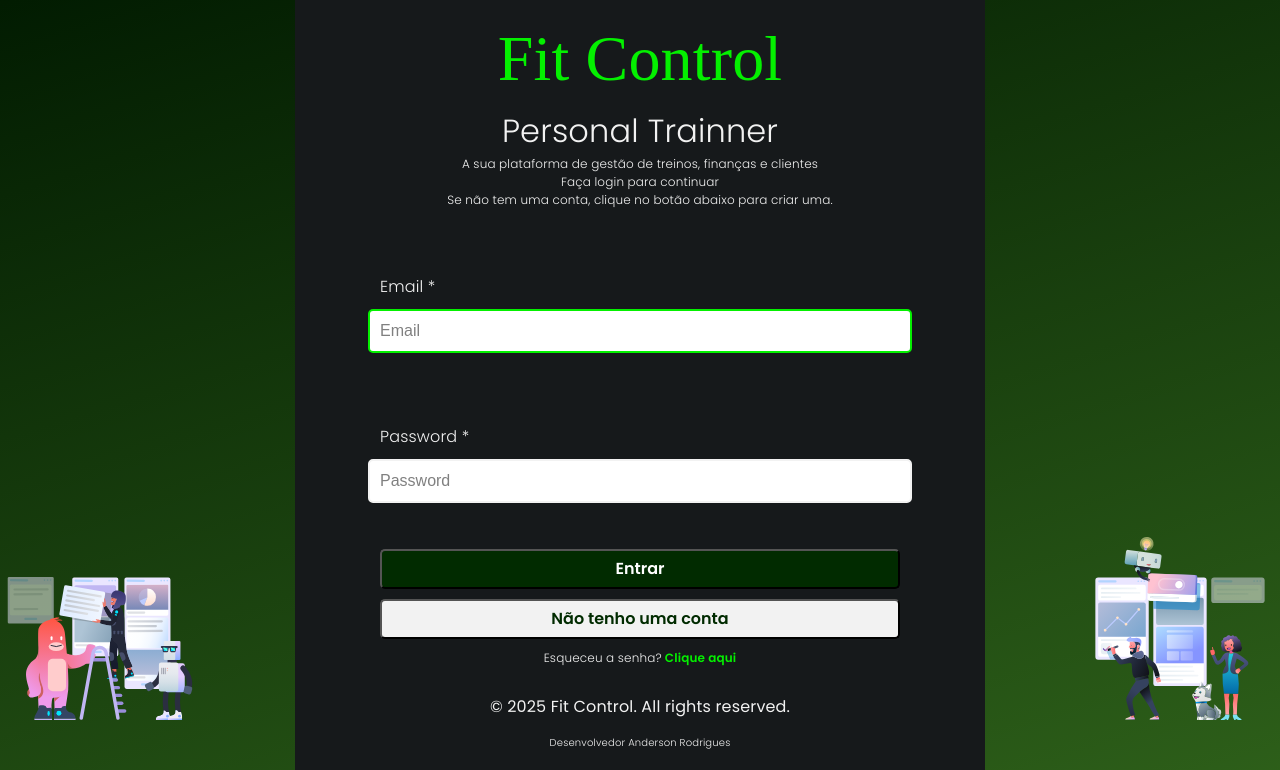
Repository: fit-control/frontend-fit-control
Page: /
These files come from the project's save history. The page is drawn as it stood at one moment and after the next save; the edit follows.
The browser window is 1280 px wide. The pictures show the whole page.
The page's requests for data from a server got no answer. Some web fonts or font styles are not loaded; a fallback is used. The project was rebuilt for these pictures with package versions that can differ from the ones it lists, and the page was loaded fresh each time. No one was signed in, and anything a server would have sent is missing. Also part of the build but not shown: next.config.js, vite.config.ts, src/components/containerCenterCadastro.tsx, src/pages/About.tsx, src/pages/NotFound.tsx, src/components/AuthRoutes.tsx, src/pages/PaginaTeste.tsx.

Above is the page before, as saved 2025-03-23 20:02:12.

### src/main.tsx
import { StrictMode } from 'react'
import { createRoot } from 'react-dom/client'
import './App.css'
import App from './App.tsx'
import { AuthProvider } from './context/auth.tsx'

createRoot(document.getElementById('root')!).render(
  <StrictMode>
    <AuthProvider>
      <App />
    </AuthProvider>
  </StrictMode>,
)

### src/App.css
@import url('https://fonts.googleapis.com/css2?family=Alike+Angular&family=Platypi:ital,wght@0,300..800;1,300..800&family=Poppins:ital,wght@0,100;0,200;0,300;0,400;0,500;0,600;0,700;0,800;0,900;1,100;1,200;1,300;1,400;1,500;1,600;1,700;1,800;1,900&display=swap');
@import url('https://fonts.googleapis.com/css2?family=Aguafina+Script&family=Alike+Angular&family=Platypi:ital,wght@0,300..800;1,300..800&family=Poppins:ital,wght@0,100;0,200;0,300;0,400;0,500;0,600;0,700;0,800;0,900;1,100;1,200;1,300;1,400;1,500;1,600;1,700;1,800;1,900&display=swap');
/* @tailwind base;
@tailwind components;
@tailwind utilities; */

/* :root {
  --background: #ffffff;
  --foreground: #171717;
}

@media (prefers-color-scheme: light) {
  :root {
    --background: #0a0a0a;
    --foreground: #ededed;
  }
} */

body {
  padding: 0;
  margin: 0;
  font-family: Poppins, sans-serif;
  font-size: 16px;
  line-height: 1.5;
  font-weight: 400;
  width: 100vw;
  height: 100vh;
  letter-spacing: 0.01em;
  display: flex;
  justify-content: center;
  align-items: center;

  .iconPageLeft {
    position: absolute;
    left: 0;
    bottom: 0;
    max-width: 400px;
    max-height: 400px;

    @media (max-width: 1480px) {
      max-width: 300px;
      max-height: 300px;
    }
    @media (max-width: 1280px) {
      max-width: 200px;
      max-height: 200px;
    }
    @media (max-width: 930px) {
      display: none;
    }
  }
  .iconPageRight {
    position: absolute;
    right: 0;
    bottom: 0;
    max-width: 400px;
    max-height: 400px;

    @media (max-width: 1480px) {
      max-width: 300px;
      max-height: 300px;
    }

    @media (max-width: 1280px) {
      max-width: 200px;
      max-height: 200px;
    }
    @media (max-width: 930px) {
      display: none;
    }
  }

  .containerLogin {
    width: 650px;
    min-height: calc(100vh - 40px);
    display: flex;
    flex-direction: column;
    justify-content: space-between;
    padding: 20px;
    align-items: center;
    background-color: #16191B;

    @media (max-width: 930px) {
      width: calc(100vw - 40px);
      overflow: hidden;
    }
    .divTitle {
      margin-top: 40px;
      display: flex;
      flex-direction: column;
      align-items: center;
      justify-content: center;
      margin-bottom: 30px;

      h1 {
        margin: 0;
        color: #04F000;
        font-family: 'Aguafina Script', cursive;
        font-size: 4rem;
        font-weight: 400;
      }
      h3 {
        margin: 0;
        color: #F2F2F2;
        font-family: 'Poppins', sans-serif;
        font-size: 2rem;
        font-weight: 300;
      }
      p {
        color: #F2F2F2;
        font-size: 12px;
        font-weight: 300;
        margin: 0;
        text-align: center;
        display: flex;
      }
    }
    p {
      text-align: center;
      display: flex;
      color: #F2F2F2;
    }
    footer {
      display: flex;
      flex-direction: column;
      align-items: center;
      justify-content: center;

      .assignDeveloper {
        margin: 0%;
        color: #F2F2F2;
        font-size: 10px;
        font-weight: 300;
      }
    }

    .centerCard {
      display: flex;
      flex-direction: column;
      align-items: center;
      justify-content: center;
      /* gap: 40px; */
      width: -webkit-fill-available;


      div {
        width: 100%;
        display: flex;
        flex-direction: column;
        align-items: center;
        gap: 10px;
        height: 150px;
        justify-content: center;
      }
      select {
        width: 84%;
        border-radius: 5px;
        height: 40px;
        margin: 10px;
      }
      input {
        width: 80%;
        height: 40px;
        border: 2px solid #F2F2F2;
        border-radius: 5px;
        padding: 0 10px;
        /* background-color: #16191B; */
        color: #16191B;
        font-size: 16px;
        font-weight: 300;
        outline: none;
        transition: all 0.3s ease;
        &::placeholder {
          color: gray;
          font-size: 16px;
          font-weight: 400;
        }
        &:focus {
          border-color: #04F000;
        }
      }
      .input-error {
        border: 2px solid red !important;
      }
      .input-text-error {
        margin: 0;
        height: 0px;
        color: red !important;
        font-weight: 300 !important;
      }
      label {
        color: #F2F2F2;
        font-size: 16px;
        font-weight: 300;
        display: flex;
        justify-content: flex-start;
        width: 80%;
      }
      button {
        width: 80%;
        height: 40px;
        border-radius: 5px;
        padding: 0 10px;
        font-family: 'Poppins', sans-serif;
        font-size: 16px;
        font-weight: 600;
        outline: none;
        transition: all 0.3s ease;
      }
      .button1{
        background-color: #012B00 !important;
        color: #FFFFFF !important;
      }
      .button1:hover{
        border: 2px solid #04F000;
        transition: all 0.4s ease-in-out;
      }
      .registerButton {
        background-color: #F2F2F2;
        color: #012B00;
        font-family: 'Poppins', sans-serif;
        font-size: 16px;
        font-weight: 600;
        outline: none;
        transition: all 0.3s ease;
        margin-top: 10px;

      }
      .registerButton:hover {
        background-color: #012B00;
        text-decoration: underline;
        color: #F2F2F2;
        border: 2px solid #04F000;
        cursor: pointer;
        transition: all 0.4s ease-in-out;
      }
      .registerLink {
        color: #04F000;
        font-weight: 600;
      }
      .tagRegister {
        margin-top: 10px;
        font-size: 12px;
        font-weight: 300;
        gap: 3px;
        cursor: pointer;
      }
      .registerLink {
        color: #04F000;
        font-weight: 600;
        text-decoration: none;
      }
      .registerLink:hover {
        text-decoration: underline;
      }
    }
  }
}

### src/App.tsx
import './App.css'
import Home from './pages/Home'
import About from './pages/About';
import NotFound from './pages/NotFound';
import { BrowserRouter as Router, Route, Routes } from "react-router-dom";
import AuthRoutes from './components/AuthRoutes';
import PaginaTeste from './pages/PaginaTeste';

function App() {

  return (
    <Router>
      <div>
      <Routes>
        <Route index element={<Home />} />
        <Route path="/cadastro" element={<Home />}/>
          <Route element={<AuthRoutes />}>
            <Route path="/pagina-teste" element={<PaginaTeste />}/>
          </Route>
          <Route path="/about" element={<About />} />
        <Route path="*" element={<NotFound />} />
      </Routes>
      </div>
    </Router>
  );
}

export default App

### src/context/auth.tsx
import React, { createContext, useContext, useState, useEffect, useCallback } from "react";
import axios from "axios";
import api from "../api/api";

interface User {
  id: string;
  email: string;
  password: string;
  name: string;
  role: string;
}

interface AuthContextType {
  user: User | null;
  login: (email: string, password: string) => Promise<User>;
  logout: () => void;
  isAuthenticated: boolean;
}

// Criação do contexto
const AuthContext = createContext<AuthContextType>({
  user: {
    id: '',
    email: '',
    password: '',
    name: '',
    role: ''
  },
  login: async () => ({
    id: '',
    email: '',
    password: '',
    name: '',
    role: ''
  }),
  logout: () => {},
  isAuthenticated: false
});

// Provider do contexto de autenticação
export const AuthProvider = ({ children }: { children: React.ReactNode }) => {
  const [user, setUser] = useState<User | null>(null);
  const [isAuthenticated, setIsAutenticatad] = useState<boolean>(false);

  const logout = () => {
    setIsAutenticatad(false);
    setUser(null);
    localStorage.removeItem("token");
    delete axios.defaults.headers.common["Authorization"];
  };

  const fetchUserData = useCallback(async (authToken: string) => {
    try {
      const response = await axios.get("/auth/me", {
        headers: { Authorization: `Bearer ${authToken}` },
      });
      setUser(response.data);
    } catch (error) {
      console.error("Erro ao buscar dados do usuário:", error);
      logout();
    }
  }, []);

  useEffect(() => {
    // Verifica se há um token salvo no localStorage ao carregar a aplicação
    const storedToken = localStorage.getItem("token");
    if (storedToken) {
      setIsAutenticatad(true);
      axios.defaults.headers.common["Authorization"] = `Bearer ${storedToken}`;
      fetchUserData(storedToken); // Busca os dados do usuário autenticado
    }
  }, [fetchUserData]);

  const login = async (email: string, password: string): Promise<User> => {
    console.log("Iniciando login com:", email, password);

    try {
      const response = await api.post("/api/login", { email, password });
      console.log("Resposta da API:", response.data);

      const { token } = response.data;

      if(token)setIsAutenticatad(true);
      localStorage.setItem("token", token);
      axios.defaults.headers.common["Authorization"] = `Bearer ${token}`;

      const fakeUser: User = {
        id: "123",
        email,
        password,
        name: "Usuário Fake",
        role: "Admin",
      };

      setUser(fakeUser);
      console.log("Usuário autenticado:", fakeUser);
      console.log(isAuthenticated)

      return fakeUser;
    } catch (error) {
      console.warn("Erro no login:", error);
      throw error; // Re-lança o erro para ser tratado pelo componente
    }
  };



  return (
    <AuthContext.Provider value={{ user, isAuthenticated, login, logout }}>
         {children}
    </AuthContext.Provider>
  );
};

// Hook para consumir o contexto
export const useAuth = () => useContext(AuthContext);

### src/pages/Home.tsx
import ContainerCenterCadastro from "../components/containerCenterCadastro";
import ContainerCenterLogin from "../components/containerCenterLogin";
import { useLocation } from "react-router-dom";

function Home() {
  const location = useLocation();
  return (
    <div className="items-center justify-items-center min=w-screen flex fundo_login" style={{
      width: '100vw',
      background: 'linear-gradient(343deg, rgba(22, 77, 0, 0.9), rgba(0, 25, 0, 10.9))'
    }}>
       {location.pathname === "/cadastro" ? <ContainerCenterCadastro /> : <ContainerCenterLogin />}
    </div>
  );
}
export default Home;

### src/api/api.ts
import axios from "axios";

const baseURL = import.meta.env.VITE_BASE_URL; // Use import.meta.env
const api = axios.create({
  baseURL: baseURL, // URL base da API
  timeout: 5000, // Tempo limite para requisições
  headers: { "Content-Type": "application/json" }, // Cabeçalhos padrão
});

// Interceptor para adicionar o token de autenticação nas requisições
api.interceptors.request.use(
    (config) => {
      // Recuperar o token do localStorage (ou outra fonte)
      const token = localStorage.getItem("token");

      if (token) {
        // Adicionar o token no cabeçalho da requisição
        config.headers.Authorization = `Bearer ${token}`;
      }

      // Retornar a configuração modificada
      return config;
    },
    (error) => {
      // Tratar erros na configuração da requisição
      console.error("Erro ao configurar a requisição:", error);
      return Promise.reject(error);
    }
  );

  // Interceptor para tratar respostas da API
  api.interceptors.response.use(
    (response) => {
      // Aqui você pode processar a resposta antes de retornar os dados
      console.log("Resposta bem-sucedida:", response);
      return response;
    },
    (error) => {
      // Tratar erros de resposta (ex.: erro 401 ou 500)
      if (error.response) {
        console.error("Erro na resposta da API:", error.response.data);

        // Exemplo: Redirecionar para login em caso de erro 401 (não autorizado)
        if (error.response.status === 401) {
          console.log("Token expirado. Redirecionando para login...");
          window.location.href = "/";
        }
      } else {
        console.error("Erro na requisição:", error.message);
      }

      return Promise.reject(error);
    }
  );

export default api;

### src/components/containerCenterLogin.tsx
// import { useAuth } from "../context/auth";
import { useState } from "react";
import { useNavigate } from "react-router-dom";
import { ToastContainer, } from "react-toastify";
import "react-toastify/dist/ReactToastify.css";
import { useForm } from 'react-hook-form'

type TFormData = {
  email: string
  password: string
}
const ContainerCenterLogin = () => {
  // const { login } = useAuth();
  const navigate = useNavigate();
  // const [email, setEmail] = useState('');
  // const [password, setPassword] = useState('');
  const [loading, ] = useState(false);

  // const handleLogin = async () => {
  //   setLoading(true);
  //   console.log("CLICOU"); // Certifique-se de que o botão foi clicado
  //   try {
  //     console.log("BUSCANDO...");
  //     console.log("Email:", email, "Password:", password); // Log dos dados enviados
  //     const data = await login(email, password); // Chamada do login
  //     toast.success(`Bem vindo ${data.name}!!`)
  //     setTimeout(() => {
  //       navigate('/pagina-teste')
  //     }, 3000)
  //     console.log("Data retornada do login:", data); // Log dos dados retornados
  //   // eslint-disable-next-line @typescript-eslint/no-unused-vars
  //   } catch (error) {
  //     toast.error("Erro ao fazer login. Verifique suas credenciais.")
  //   }finally{
  //     setLoading(false);
  //   }
  // };

  const [errorMessage, ] = useState<string | undefined>(
    undefined,
  )

  const {
    handleSubmit,
    register,
    reset,
    formState: { errors}
  } = useForm<TFormData>({
    mode: 'onSubmit',
  })
  console.log("errors: ", errors)

  // useEffect(() => {
  //   const savedCredentials = getDadosProfileLocalStorage()
  //   if (savedCredentials) {
  //     try {
  //       const { user, password } = savedCredentials
  //       setValue('user', user)
  //       setValue('password', password)
  //     } catch (error) {
  //       console.error('Failed to parse saved credentials:', error)
  //     }
  //   }
  // }, [setValue])

  const handleFormSubmit = async ({ email, password }: TFormData) => {
    console.log("Submit do formulário", email, password)
    // setLoading(true);
    // // const credentials = { user, password }
    // // setDadosProfileLocalStorage(credentials)

    // try {
    //   const response = await login(email, password)
    //   if (response) {
    //     toast.success(`Seja bem vindo ${response.name}! login realizado com sucesso.`)
    //     setTimeout(() => {navigate('/pagina-teste')}, 1000)
    //   }
    // } catch (error) {
    //   // setFocus('email')
    //   // setFocus('password')
    //   toast.error('Email ou senha inválidos. Tente novamente.')
    //   if (error instanceof Error) setErrorMessage(error.message)
    //     setTimeout(() => {
    //       setErrorMessage(() => '')
    //     }, 2000)
    // }finally{
    //   setLoading(false);
    // }
  }
  return (
    <form style={{
      width: '100vw',
      justifyContent: "center",
      display: "flex",
    }} onSubmit={handleSubmit((data) => handleFormSubmit(data), (errors) => console.log("ERROR: ", errors))}>
      <img src="/trello-right.e6e102c7 (1).svg" alt="iconPageLeft" className="iconPageLeft" />
        <main className="containerLogin">
        <div className="divTitle">
          <h1 className="title">Fit Control</h1>
          <h3 className="subtitle">Personal Trainner</h3>
          <p className="description">A sua plataforma de gestão de treinos, finanças e clientes</p>
          <p className="description">Faça login para continuar</p>
          <p className="description">Se não tem uma conta, clique no botão abaixo para criar uma.</p>

        </div>
        <div className="centerCard">
          <div >
            <label htmlFor="email" style={{ color: errorMessage ? "red" : ""}}>Email *</label>
            <input
              type="text"
              placeholder="Email"
              {...register('email', {
                required: true,
                pattern: {
                  value: /^[a-zA-Z0-9._%+-]+@[a-zA-Z0-9.-]+\.[a-zA-Z]{2,}$/,
                  message: 'Email inválido',

                }
              })}
              autoFocus
              className={errors?.email && "input-error"}
            />
            {errors.email && (
              <p className={errors.email && "input-text-error"}>{errors.email.type === "required" ? "Email is Required" : errors.email.message}</p>
            )}
          </div>

          <div>
            <label htmlFor="password" style={{ color: errorMessage ? "red" : ""}}>Password *</label>
            <input
              type="password"
              placeholder="Password"
              {...register('password', {
                required: true,
                pattern: {
                  value:
                    /^(?=.*\d)(?=.*[a-z])(?=.*[A-Z])(?=.*[!@#$%^&.*])[0-9a-zA-Z!@#$%^&*]{6,}$/,
                  message:
                    'Senha deve ter pelo menos 6 caracteres, incluindo letras maiúsculas, minúsculas, números e caracteres especiais',
                },

              })}
              className={errors.password && "input-error"}
            />
             {errors.password && (
            <p className={errors.password && "input-text-error"}>{errors.password.type === "required" ? "Password is Required" : errors.password.message}</p>
            )}
          </div>
          <button disabled={loading} type="submit" className="registerButton button1" >
            {loading ? 'Carregando...' : 'Entrar'}
          </button>
          <button className="registerButton" type="button" onClick={(e) => {
            e.preventDefault(); // Impede a ação padrão do botão
            setTimeout(() => {
              navigate('/cadastro');
              reset(); // Reseta o formulário
            }, 200);
          }}>Não tenho uma conta</button>
          <p className="tagRegister">Esqueceu a senha? <a onClick={(e) => {
            e.preventDefault(); // Impede a ação padrão do botão
            setTimeout(() => {
              navigate('/recuperar-senha');
              reset(); // Reseta o formulário
            }, 1000);
          }} className="registerLink">Clique aqui</a></p>
        </div>

        <footer className="">
          <p className="">
            &copy; {new Date().getFullYear()} Fit Control. All rights reserved.
          </p>
          <p className="assignDeveloper">Desenvolvedor Anderson Rodrigues</p>
        </footer>
      </main>
      <img src="/trello-left.4f52d13c (1).svg" alt="iconPageRight" className="iconPageRight" />
      <ToastContainer />
    </form>
  );
};

export default ContainerCenterLogin;

Loaded but not shown: index.html (common file); tailwind.config.js (common file)

After the next save:
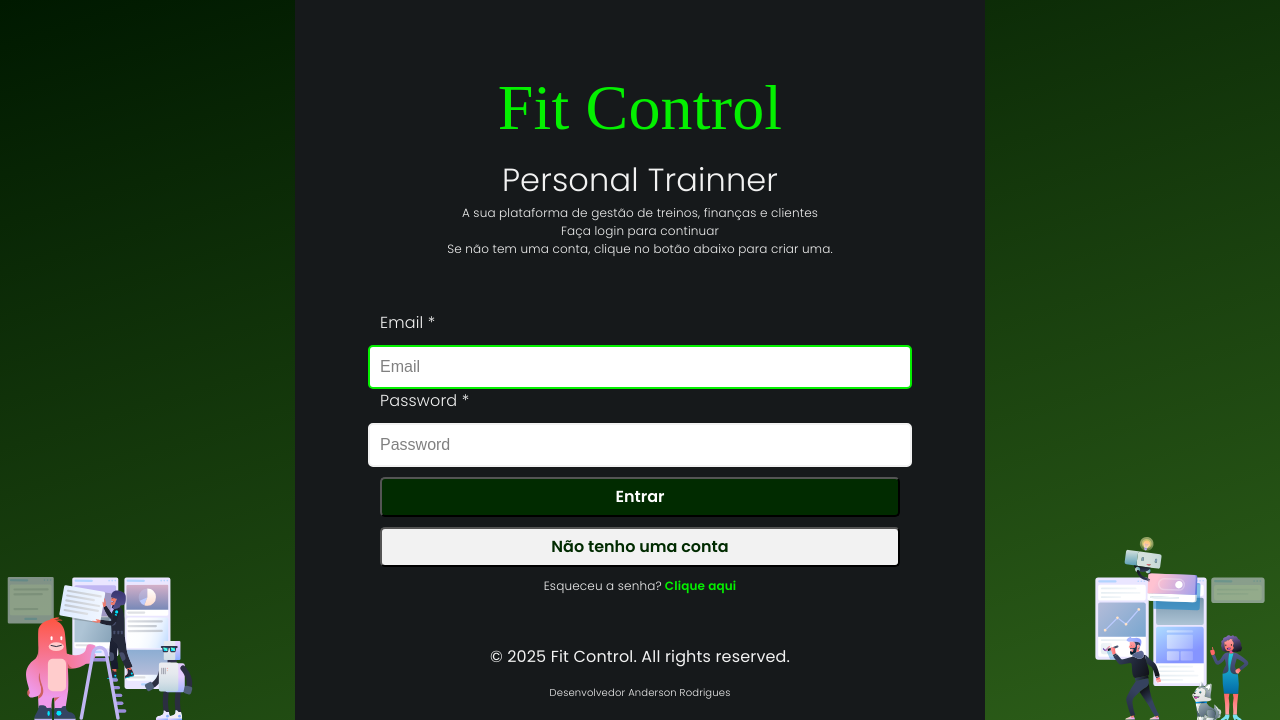
Saved 2 min 28 s later.
--- a/src/App.css
+++ b/src/App.css
@@ -149,7 +149,6 @@ body {
         flex-direction: column;
         align-items: center;
         gap: 10px;
-        height: 150px;
         justify-content: center;
       }
       select {
@@ -184,7 +183,7 @@ body {
       }
       .input-text-error {
         margin: 0;
-        height: 0px;
+        height: 50%;
         color: red !important;
         font-weight: 300 !important;
       }
